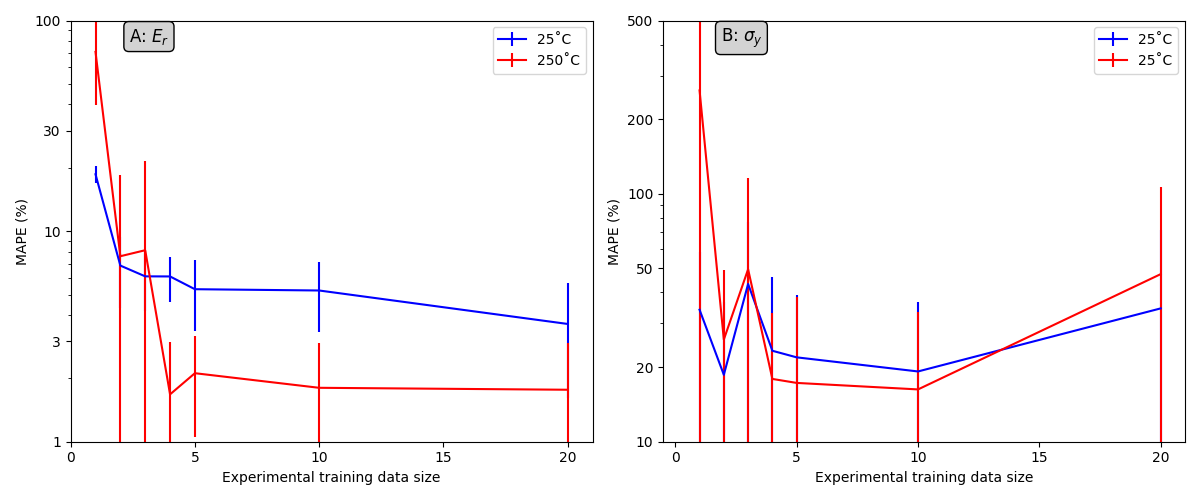
Repository: JoeSpencer1/temperature-dependant
Script's output: python src/figures.py
The author's editor kept a copy of each file at every save. The script's output is drawn from the files as they stood at one save, then again after the next save.
Random numbers start from a fixed seed.

Above is the script's output before, as saved 2023-10-29 15:08:38.

After the next save:
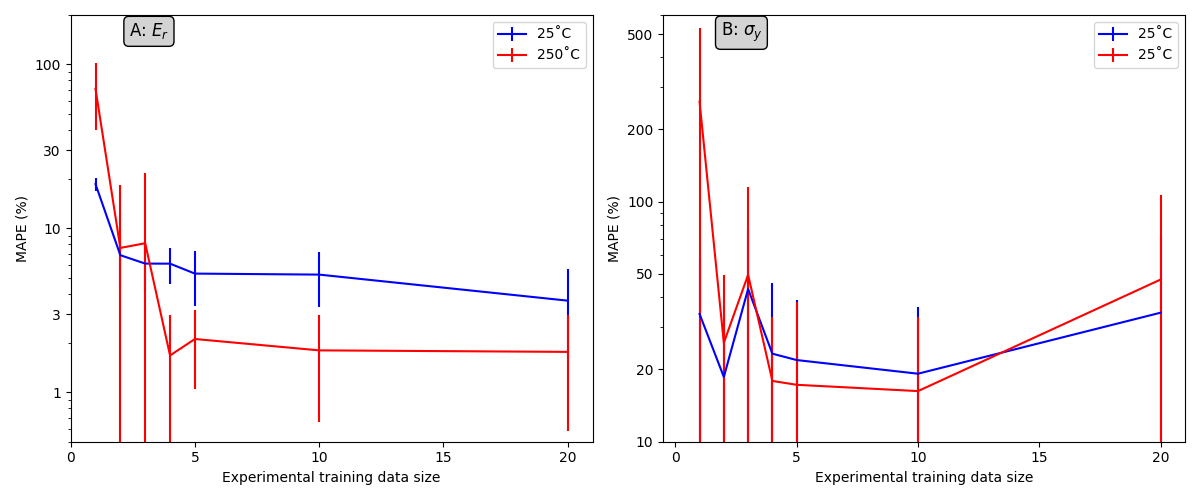
Saved 73 s later.
--- a/src/figures.py
+++ b/src/figures.py
@@ -17,7 +17,7 @@ fig, (ax1, ax2) = plt.subplots(1, 2, figsize=(12, 5))
 ax1.errorbar(n, Ti25E, yerr = εTi25E, color = 'blue', label = "25˚C")
 ax1.errorbar(n, Ti250E, yerr = εTi250E, color = 'red', label = "250˚C")
 ax1.set_yscale('log')
-ax1.set_ylim([1, 100])
+ax1.set_ylim([0.5, 200])
 ax1.set_xlim([0, 21])
 ax1.set_xticks([0, 5, 10, 15, 20])
 ax1.set_yticks([1, 3, 10, 30, 100])
@@ -32,7 +32,7 @@ ax1.annotate("A: $E_{r}$", xy=(0.15, 0.95), xycoords="axes fraction",
 ax2.errorbar(n1, Ti25σ, yerr = εTi25σ, color = 'blue', label = "25˚C")
 ax2.errorbar(n1, Ti250σ, yerr = εTi250σ, color = 'red', label = "25˚C")
 ax2.set_yscale('log')
-ax2.set_ylim([10, 500])
+ax2.set_ylim([10, 600])
 ax2.set_xlim([-0.5, 21])
 ax2.set_xticks([0, 5, 10, 15, 20])
 ax2.set_yticks([10, 20, 50, 100, 200, 500])
